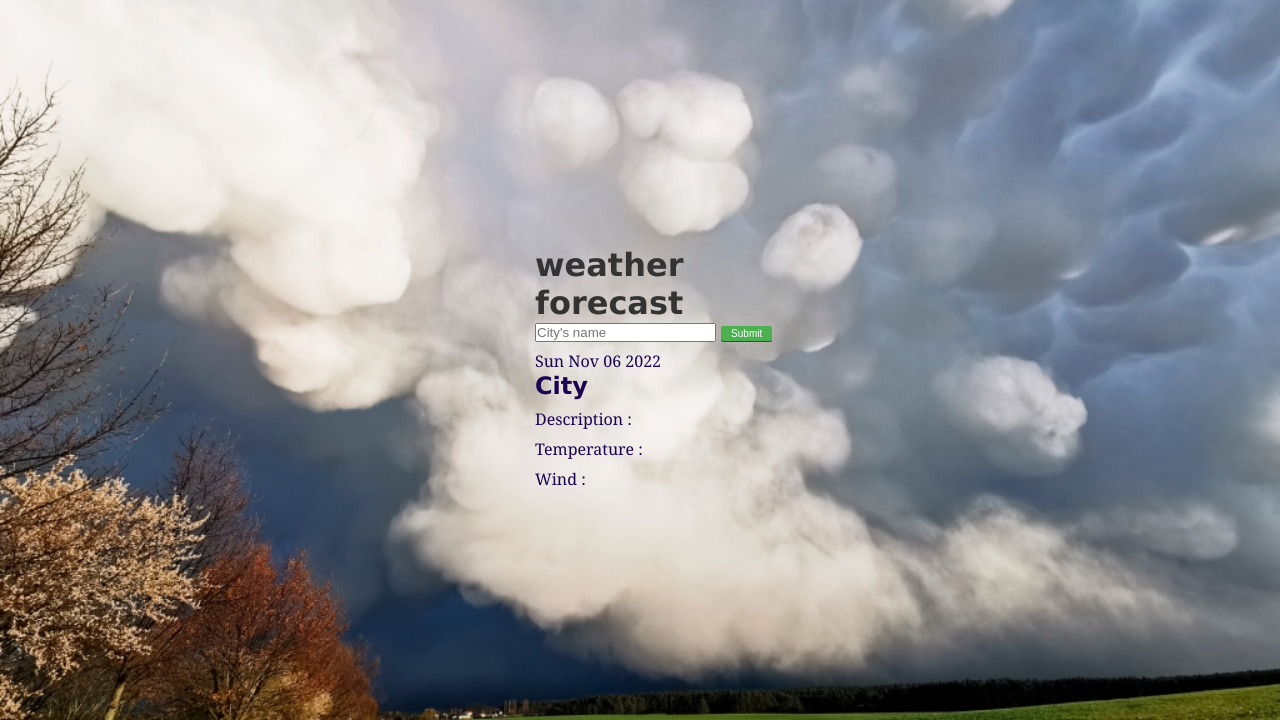
Repository: heartbreathing/searchWeather
Page: index.html
An editor plug-in stored every save of this project. The page is shown before and after a run of saves, followed by the edit.
The browser window is 1280 px wide. The pictures show the whole page.

Above is the page before, as saved 2022-11-07 09:08:26.

After the next 3 saves:
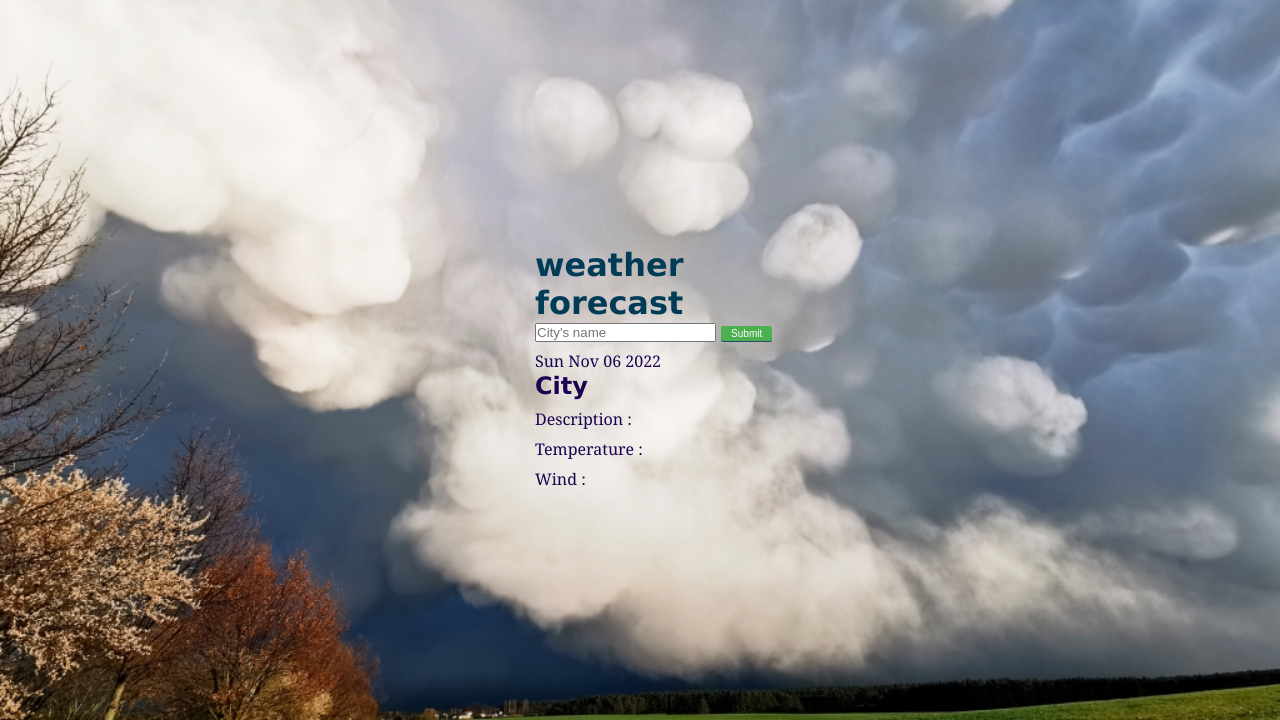
The 3 saves are shown as one change because they came seconds apart.
The last was saved 14 s later.
--- a/index.css
+++ b/index.css
@@ -22,7 +22,7 @@ body {
 }
 h1 {
     margin-top: 1rem;
-    color: rgb(52, 51, 51);
+    color: rgb(1, 60, 87);
 }
 .content_line {
     font-family:Cambria, Cochin, Georgia, Times, 'Times New Roman', serif ;
